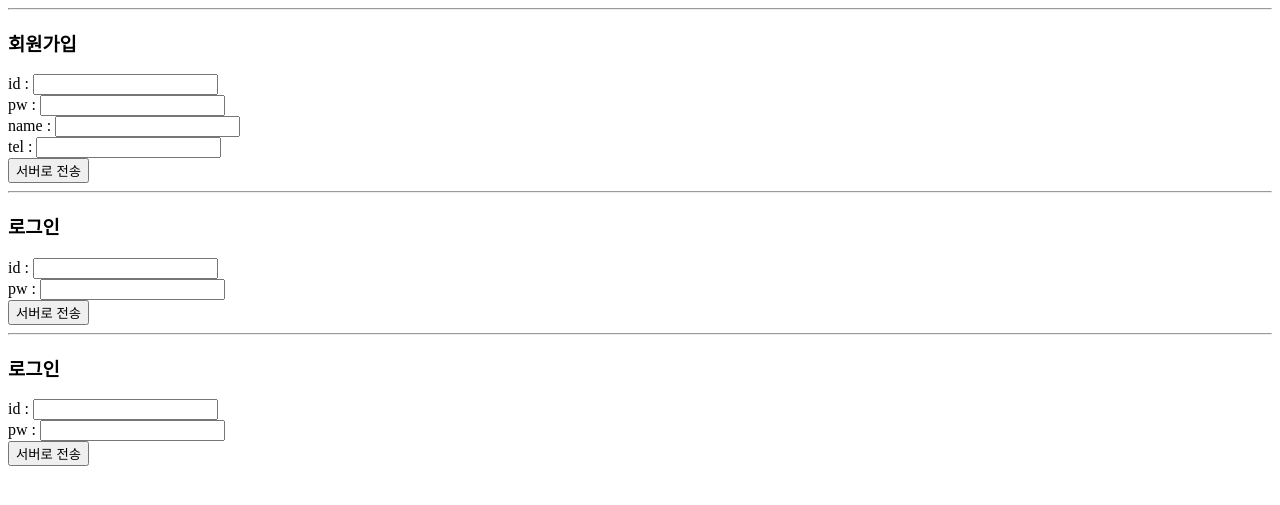
Repository: sds2317884/Spring
Page: http://localhost/spring02/member.jsp
The author's editor kept a copy of each file at every save. The page is drawn from the files as they stood at one save, then again after the next save.
The browser window is 1280 px wide. The pictures show the whole page.
The page is served by Tomcat 9. Other server files are loaded and not shown.

Above is the page before, as saved 2022-11-23 02:36:26.

### spring02/src/main/webapp/member.jsp
<%@ page language="java" contentType="text/html; charset=UTF-8"
    pageEncoding="UTF-8"%>

<!DOCTYPE html>
<html>
<head>
<meta charset="UTF-8">
<title>Insert title here</title>
</head>
<body>
<hr>
<h3>회원가입</h3>
<form action="insert.multi">
	id : <input name="id"> <br>
	pw : <input name="pw"> <br>
	name : <input name="name"> <br>
	tel : <input name="tel"> <br>
	<button>서버로 전송</button>
</form>
<hr>
<h3>로그인</h3>
<form action="login.multi">
	id : <input name="id"> <br>
	pw : <input name="pw"> <br>
	<button>서버로 전송</button>
</form>
<hr>
<h3>로그인</h3>
<form action="delete.multi">
	id : <input name="id"> <br>
	pw : <input name="pw"> <br>
	<button>서버로 전송</button>
</form>
</body>
</html>

After the next save:
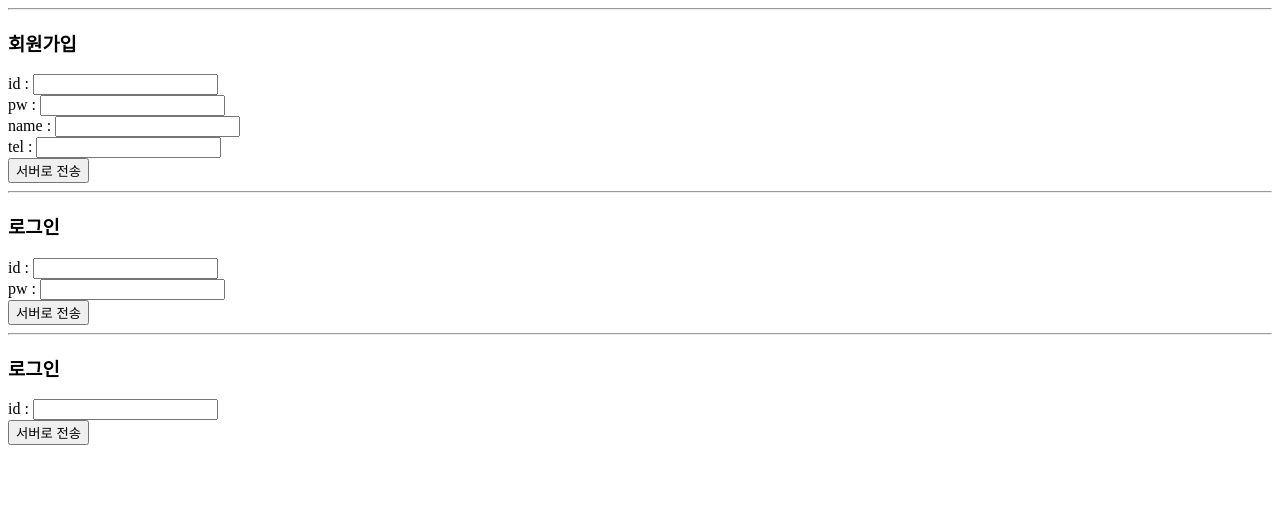
Saved 10 s later.
--- a/spring02/src/main/webapp/member.jsp
+++ b/spring02/src/main/webapp/member.jsp
@@ -28,7 +28,6 @@
 <h3>로그인</h3>
 <form action="delete.multi">
 	id : <input name="id"> <br>
-	pw : <input name="pw"> <br>
 	<button>서버로 전송</button>
 </form>
 </body>
